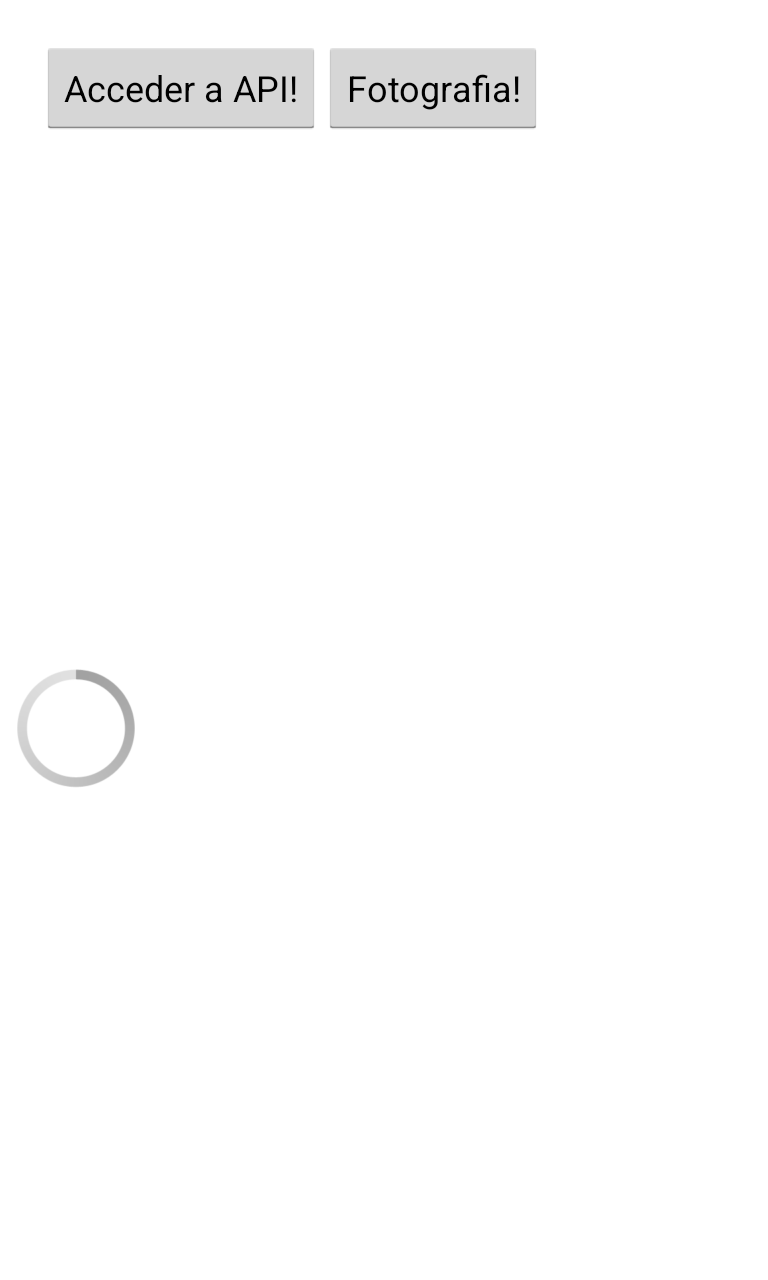
Repository: sstevenmr/SP-Galileo
Layout: Demo3_10/res/layout/activity_main.xml
The author's editor kept a copy of each file at every save. The layout is drawn from the files as they stood at one save, then again after the next save.
It is drawn on a 768 x 1280 px phone screen (xhdpi) without system bars, with theme AppTheme; the app's code is not run. Lists and similar views that code fills are empty.

Above is the layout before, as saved 2014-02-24 17:17:55.

### Demo3_10/res/layout/activity_main.xml
<LinearLayout xmlns:android="http://schemas.android.com/apk/res/android"
    xmlns:tools="http://schemas.android.com/tools"
    android:layout_width="match_parent"
    android:layout_height="match_parent"
    android:orientation="vertical"
    tools:context=".MainActivity" >

   	<LinearLayout
        android:orientation="horizontal"
        android:layout_width="match_parent"
        android:paddingBottom="20dp"
        android:padding="20dp"
        android:layout_height="wrap_content" >

   		<Button
   		    android:id="@+id/btnUpdate"
   		    android:layout_width="wrap_content"
   		    android:layout_height="wrap_content"
   		    android:gravity="center"
   		    android:text="@string/btn_Update" />

   		<Button
   		    android:id="@+id/btnPhoto"
   		    android:layout_width="wrap_content"
   		    android:layout_height="match_parent"
   		    android:gravity="center"
   		    android:text="@string/btn_Photo" />

    </LinearLayout>

   	<ProgressBar
   	    android:id="@+id/progressBar"
   	    style="?android:attr/progressBarStyleLarge"
   	    android:layout_gravity="center_vertical"
   	    android:layout_width="wrap_content"
   	    android:layout_height="match_parent" />

    <GridView
        android:id="@+id/grid"
        android:layout_width="match_parent"
        android:layout_height="wrap_content"
        android:layout_marginTop="20dp"
        android:numColumns="2" >
    </GridView>

</LinearLayout>

### Demo3_10/res/values/strings.xml
<?xml version="1.0" encoding="utf-8"?>
<resources>

    <string name="app_name">Demo3</string>
    <string name="action_settings">Settings</string>
    <string name="hello_world">Hello world!</string>
    <string name="btn_Photo">Fotografia!</string>
    <string name="btn_Update">Acceder a API!</string>
    <string name="msg_yes">si</string>
    <string name="msg_no">no</string>
    <string name="title_activity_camera">CameraActivity</string>
	<string name="btn_from_gallery">Desde la galeria</string>
	<string name="btn_from_camera">Desde la camara</string>
</resources>

Loaded but not shown: Demo3_10/res/values/styles.xml (common file); Demo3_10/res/values-v11/styles.xml (common file); Demo3_10/res/values-v14/styles.xml (common file)

After the next save:
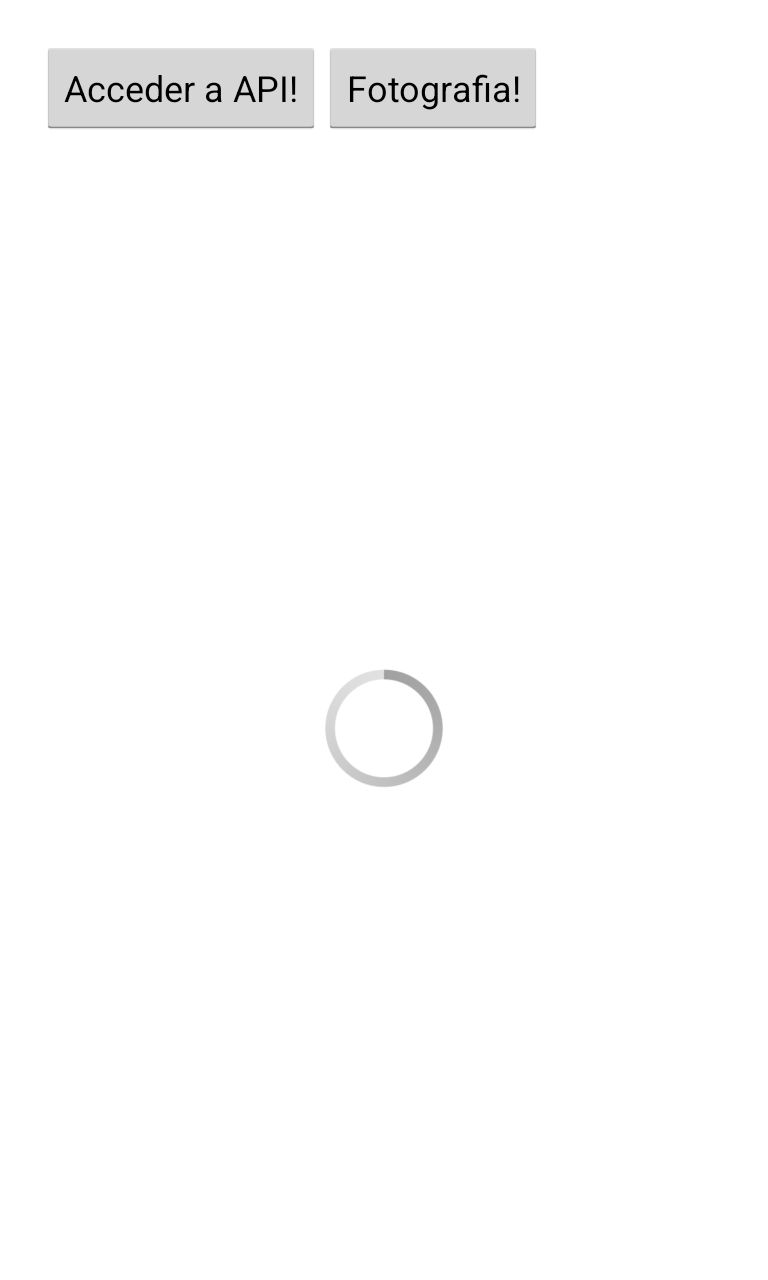
Saved 3 min 27 s later.
--- a/Demo3_10/res/layout/activity_main.xml
+++ b/Demo3_10/res/layout/activity_main.xml
@@ -31,7 +31,7 @@
    	<ProgressBar
    	    android:id="@+id/progressBar"
    	    style="?android:attr/progressBarStyleLarge"
-   	    android:layout_gravity="center_vertical"
+   	    android:layout_gravity="center_vertical | center_horizontal"
    	    android:layout_width="wrap_content"
    	    android:layout_height="match_parent" />
 
